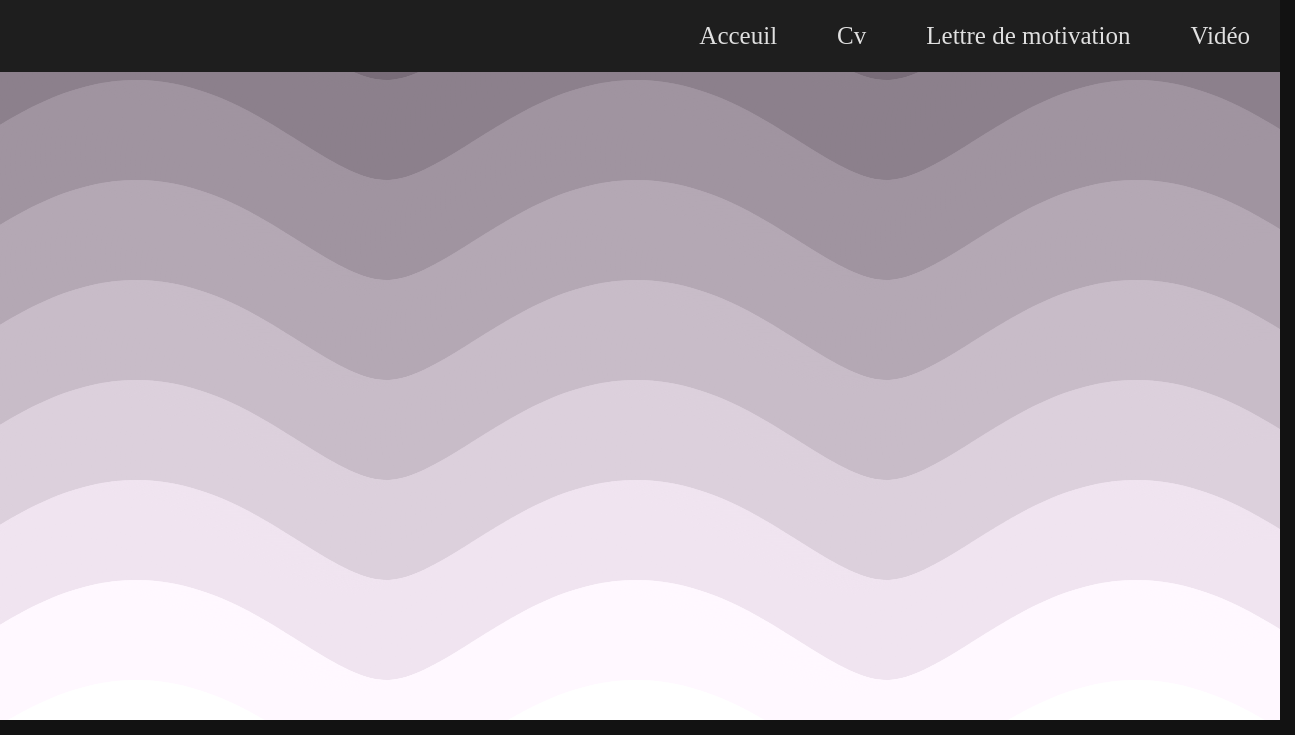
Repository: Iban-del/ProjetBacIban
Page: index.html
These files come from the project's save history. The page is drawn as it stood at one moment and after the next save; the edit follows.
The browser window is 1280 px wide. The page is 1295 px wide, so the pictures cover 1295 px, including what lies to the right of the window. The pictures show the whole page.
The page's requests for data from a server got no answer.

Above is the page before, as saved 2025-02-24 22:26:26.

### index.html
<!DOCTYPE html>
<html lang="fr">
<head>
    <meta charset="UTF-8">
    <meta name="viewport" content="width=device-width, initial-scale=1.0">
    <link rel="icon" type="image/x-icon" href="image/image.png">
    <link rel="stylesheet" href="css/index.css">
    <title>Iban</title tle>
    <canvas></canvas>
    <script src="js/background.js" type="module"></script>

</head>
<body>
    <nav id="navBar" class="navBar"></nav>
    <div id="panel" class="home">

    </div>
    <script src="js/index.js" type="module"></script>
</body>
</html>

### css/index.css
html, body {
    margin: 0px;
    display: flex;
    font-family: Arial, Helvetica, sans-serif;
    color: #E0E0E0;
    background-color: #121212;
    height: 100%;
    width: 100%;
    height: auto;
}

.navBar {
    height: 10%;
    width: 100%;
    position: fixed;
    background-color: #1E1E1E;
    display: flex;
    justify-content: end;
    align-items: center;
    z-index: 10;
}

.bg1, .bg2 {
    overflow-x: clip;
    z-index: -1;
    position: fixed;
}

.button-navBar {
    font-family: cursive;
    z-index: 13;
    padding: 30px;
    text-decoration: none;
    background-color: transparent;
    border: none;
    color: #E0E0E0;
    font-size: 25px;
    font-weight: 500;
}

.button-navBar:hover {
    cursor: pointer;
    color: #BB86FC;
}

.home {
    display: flex;
    position: absolute;
    width: 100%;
    height: 90%;
    top: 10%;
    background-color: transparent;
    margin: 15px;
}

.content-left {
    padding: 5px;
    width: 50%;
    height: 500px;
    display: flex;
    flex-direction: column;
    align-items: center;
    background-color: #1E1E1E;
    border-radius: 21px;
}

.content-right {
    width: 50%;
    display: flex;
    justify-content: center;
    align-items: center;
}

.name {
    height: 20%;
    width: 100%;
}

.h1-name {
    font-size: 45px;
    font-weight: 100;
}

.presentation {
    width: 90%;
}

p {
    font-size: 25px;
    color: #E0E0E0;
}

.cv-image {
    height: 95%;
    border: 2px solid #BB86FC;
}

.content-cv, .content-video {
    margin: 0;
    position: relative;
    width: 100%;
    height: 100%;
    display: flex;
    overflow-y: scroll;
    scrollbar-width: none;
    justify-content: center;
    align-content: center;
    align-items: center;
}

.video {
    width: 70%;
    height: 80%;
    border: 4px solid #BB86FC;
    background-color: #121212;
}

.image{
    width:50%;
}

/* Responsive Styles */
@media (max-width: 1024px) {
    .video {
        width: 90%;
        height: 60%;
    }

    .h1-name {
        font-size: 35px;
    }

    p {
        font-size: 20px;
    }
}

@media (max-width: 768px) {
    .video {
        width: 95%;
        height: 55%;
    }

    .h1-name {
        font-size: 30px;
    }

    p {
        font-size: 18px;
    }
}

@media (max-width: 480px) {
    .video {
        width: 100%;
        height: 50%;
    }

    .h1-name {
        font-size: 25px;
    }

    p {
        font-size: 16px;
    }
}

### js/background.js
/**
 * création du fond du site
 */


//constante avec les couleur des composant
const color ={
    backgrounds1:"#FDFCFE",
    backgrounds2:"#FAF8FD",
};

var A = 100
var X = 0
var C = 0
var h = window
/**
 * fonction qui permet de géré le fond par default en cas d'érreur
 */
function defaultBackground(){

    const body = document.querySelector("body");

    if(body instanceof HTMLBodyElement){
        body.style.backgroundColor = color.backgrounds2;
    }

}


/**
 * cette fonction permet d'attribué le style au canvas
 */
function canvasStyle(canvas){

    if(canvas instanceof HTMLCanvasElement){

        canvas.height = window.innerHeight;
        canvas.width = window.innerWidth;
        canvas.style.background =`rgba(149, 223, 198, 0.48)`;

        return;
    }

    throw new Error("Canvas n'est pas de type HTMLCanvasElement ");

}

/**
 * fonction de création d'une vague
 */
function vague(x,A){

    const lambda = 0.002;//longueur d'onde
    const k = lambda*2*Math.PI; //nombre oscilation
    const phi = 3;//décalage
    return A*Math.sin(k*x+phi);
}


/**
 * affichage de la vague
 * @param CanvasRenderingContext2D  ctx
 */
function drawVague(ctx,canvas){

    if(ctx instanceof CanvasRenderingContext2D){
        ctx.clearRect(0, 0, window.width, window.height);
        let color =0;
        for(let t = -200;t < window.innerHeight+200;t+= 100){
            ctx.beginPath();
            for(let i = 0 ;i < window.innerWidth;i+=5){
                let x = i+C
                let y = vague(x,A/2)+(t);
                ctx.lineTo(x,y)
                ctx.beginPath();
                ctx.moveTo(x,y)
                const addColor = 80
                let globalColor= `rgb(${color+addColor},${color+addColor-12},${color+addColor})`
                ctx.fillStyle=globalColor;
                ctx.arc(x,y,70,0,Math.PI*2,true)
                ctx.fill();

            }
            color+=20;
        }
    }


}



/**
 * fonction d'initialisation du fond
 */
function init(){
    //récupération des élémentcanvas
    const canvas = document.querySelector("canvas");

    if(canvas instanceof HTMLCanvasElement){

        // window.addEventListener("mousemove",(e)=>{
        //     let canvasMouseY =(e.clientY *100 / canvas.height)/1000
        //     A = Math.PI*2+(canvas.height*canvasMouseY)
        //     let canvasMouseX =(e.clientX *100 / canvas.width)/1000
        //     X = Math.PI*2+(canvas.width*canvasMouseX)*5
        //     canvas.style.background = `rgb(${255-X*.05},${255-X*.06},${255-X*.02})`;
        //     drawVague(ctx, canvas)

        // })

        const ctx = canvas.getContext('2d');

        canvasStyle(canvas);
        drawVague(ctx, canvas)
        window.addEventListener('resize',()=>{
            drawVague(ctx, canvas);
        })

    }
}

try{

    init()



}catch(error){

    console.log(error)
    defaultBackground()
}

### js/index.js
//création des page
var page = "home";
const speedAnimationFast = 300;
//constante contenant les boutton de la navBar
const NavBarButton = [
    {
        name:"Acceuil",
        id:"home",
        onclick:()=>{
            loadPage("home")

        }
    },
    {
        name:"Cv",
        id:"cv",
        onclick:()=>{
            loadPage("cv")
        }
    },
    {
        name:"Lettre de motivation",
        id:"cl",
        onclick:()=>{
            loadPage("coveringLetter")
        }
    },
    {
        name:"Vidéo",
        id:"video",
        onclick:()=>{
            loadPage("video")
        }
    },
]


/**
 * cette fonction permet de charger une page
 */
function loadPage(name,now = false){
    const baseUrl = "http://127.0.0.1:5500/html/"
    //on charge les diférente page en fonction du nom fourni
    switch(name){
        case "home":
            getPageContent(baseUrl+"home.html",animateHome,now)

            break
        case "cv":
            getPageContent(baseUrl+"cv.html",animateCv,now)
            break
        case "coveringLetter":
            getPageContent(baseUrl+"coveringLetter.html",animateCl,now)
            break
        case "video":
            getPageContent(baseUrl+"video.html",animateVideo,now)
            break
    }
}

/**
 * cette méthode permet de récupéré le contenu d'une page
 */
async function getPageContent(link,animate = null,now = false){
    const panel = document.querySelector("#panel");
    if(panel instanceof HTMLElement){
        const request = new XMLHttpRequest();
        request.addEventListener("load",(response)=>{
            if(response instanceof ProgressEvent){
                const content = response.target.responseText
                if(content){
                        if(animate){
                            if(now){
                                panel.innerHTML = content;
                                animate(1)
                            }else{
                                hideAnimation(page)
                                setTimeout(()=>{
                                    panel.innerHTML = content;
                                    animate(1)
                                },speedAnimationFast)

                            }
                        }
                }else{
                        panel.innerHTML = "";
                }
            }
        })
        request.open("GET",link)
        request.send()
    }
}


/**
 * cette fonction permet d'afficher les bouttons
 */
function drawNavBarButton(){

    const navBar = document.querySelector('#navBar');

    if(navBar instanceof HTMLElement && NavBarButton){
        NavBarButton.forEach((element) => {
            const button = document.createElement("button");
            button.id = element.id;
            button.className = "button-navBar";
            button.textContent = element.name;
            button.addEventListener("click", () => {
                element.onclick();
            });
            navBar.appendChild(button);
        });
    }
}

function hideAnimation(currentPage){

    if(currentPage){
        switch(currentPage){
            case "home":
                animateHome(0)
                break
            case "cv":
                animateCv(0)
                break
            case "coveringLetter":
                animateCl(0)
                break
            case "video":
                animateVideo(0)
                break
        }
    }
}

/**
 * cette fonction permet d'animer les composant de la page pricipale
 */
function animateHome(type = 1){
    const elements = {
        panel:document.querySelector("#content-left"),
        title:document.querySelector("#name"),
        text:document.querySelector("#presentation"),
        image:document.querySelector("#image-me"),
    }

    for (let key in elements) {
        if(!elements[key] instanceof HTMLElement){
            throw new Error("Les éléments ne sont pas trouvées");
        }
    }


    let panelTranslate = {from:"-100%",to:"0%"}
    let titleTranslate = {from:"-100%",to:"0%"}
    let textTranslate = {from:"-190%",to:"0%"}
    let imageTranslate = {from:"190%",to:"0%"}
    let panelOpacity = {from:0,to:1}
    if(!type){
        panelTranslate = {from:"0%",to:"-100%"}
        titleTranslate = {from:"0%",to:"-100%"}
        textTranslate = {from:"-0%",to:"-190%"}
        imageTranslate = {from:"0%",to:"190%"}
        panelOpacity = {from:1,to:0}
    }


    elements.panel.animate(
        [
            {transform:`translateX(${panelTranslate.from})`,opacity:panelOpacity.from},
            {transform:`translateX(${panelTranslate.to})`,opacity:panelOpacity.to}
        ],
        {
            duration: speedAnimationFast,
            easing: "ease-out",
            fill: "forwards"
        }
    )

    elements.title.animate(
        [
            {transform:`translateX(${titleTranslate.from})`},
            {transform:`translateX(${titleTranslate.to})`}
        ],
        {
            duration: speedAnimationFast,
            easing: "ease-out",
            fill: "forwards"
        }
    )

    elements.text.animate(
        [
            {transform:`translateX(${textTranslate.from})`},
            {transform:`translateX(${textTranslate.to})`}
        ],
        {
            duration: speedAnimationFast,
            easing: "ease-out",
            fill: "forwards"
        }
    )

    elements.image.animate(
        [
            {transform:`translateX(${imageTranslate.from})`,opacity:panelOpacity.from},
            {transform:`translateX(${imageTranslate.to})`,opacity:panelOpacity.to}
        ],
        {
            duration: speedAnimationFast,
            easing: "ease-out",
            fill: "forwards"
        }
    ).addEventListener("finish",e=>{
        page="home"
    })

}

/**
 * cette fonction permet d'animer les composant de la page pricipale
 */
function animateCv(type = 1){
    const image = document.querySelector("#image");

    if(image instanceof HTMLElement){
        let imageTranslate = type ? {from:"190%",to:"0%"} :{from:"0%",to:"-190%"};
        image.animate(
            [
                {transform:`translateY(${imageTranslate.from})`},
                {transform:`translateY(${imageTranslate.to})`}
            ],
            {
                duration: speedAnimationFast,
                easing: "ease-out",
                fill: "forwards"
            }
        ).addEventListener("finish",e=>{
            page="cv"
        })

    }
}

/**
 * cette fonction permet d'animer les composant de la page pricipale
 */
function animateCl(type = 1){
    const image = document.querySelector("#image");

    if(image instanceof HTMLElement){
        let imageTranslate = type ? {from:"190%",to:"0%"} :{from:"0%",to:"-190%"};
        image.animate(
            [
                {transform:`translateY(${imageTranslate.from})`},
                {transform:`translateY(${imageTranslate.to})`}
            ],
            {
                duration: speedAnimationFast,
                easing: "ease-out",
                fill: "forwards"
            }
        ).addEventListener("finish",e=>{
            page="coveringLetter"
        })

    }
}

/**
 * cette fonction permet d'animer les composant de la page pricipale
 */
function animateVideo(type = 1){
    const video = document.querySelector("#video-v");

    if(video instanceof HTMLElement){
        let videoTranslateW = type ? {from:'0%',to:"70%"} :{from:"70%",to:"0%"};
        let videoTranslateH = type ? {from:'0%',to:"80%"} :{from:"80%",to:"0%"};
        video.animate(
            [

                {width:videoTranslateW.from,height:videoTranslateH.from},
                {width:videoTranslateW.to,height:videoTranslateH.to}
            ],
            {
                duration: speedAnimationFast,
                easing: "ease-out",
                fill: "forwards"
            }
        ).addEventListener("finish",e=>{
            page="video"
        })
    }
}

/**
 * cette fonction permet d'initialiser le site
 */
function init(){

    drawNavBarButton()
    loadPage("home",true)

}


//lancement du script
init()

After the next save:
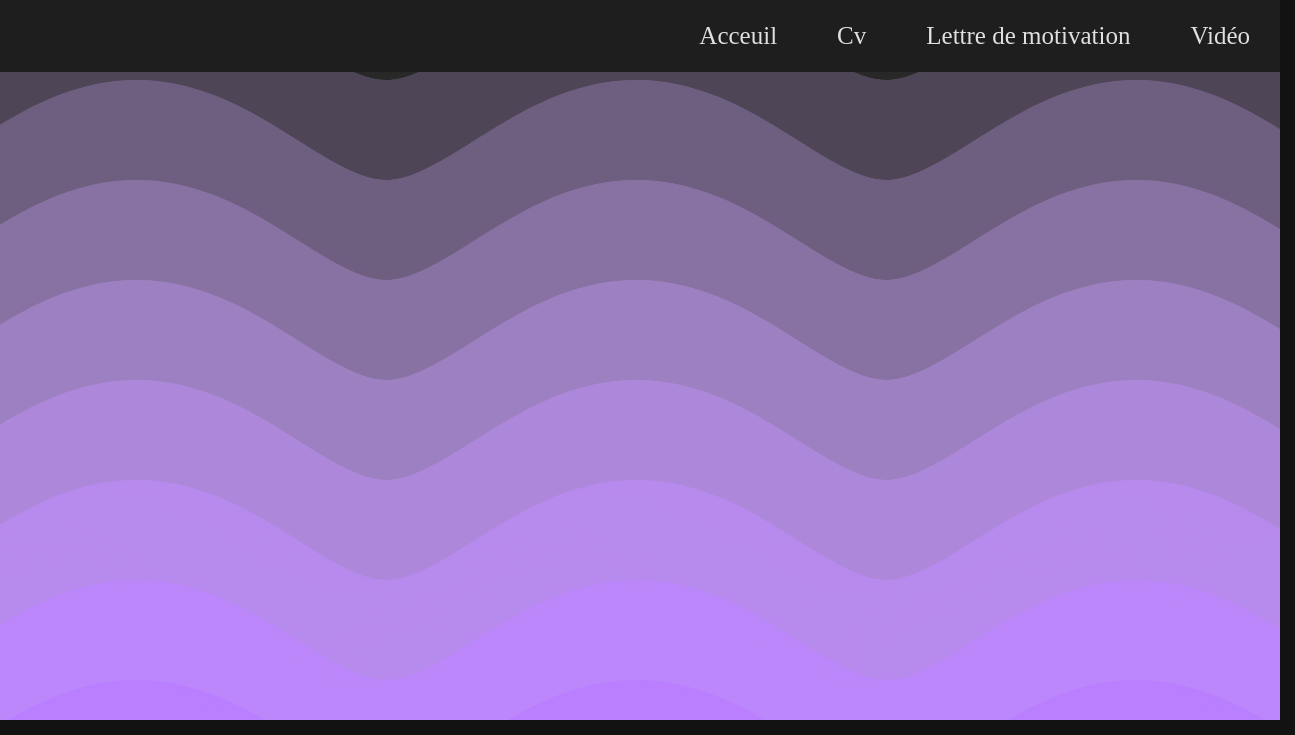
Saved 89 s later.
--- a/js/background.js
+++ b/js/background.js
@@ -58,34 +58,43 @@ function vague(x,A){
 
 
 /**
- * affichage de la vague
- * @param CanvasRenderingContext2D  ctx
+ * Affichage de la vague avec un dégradé vers #BB86FC en bas
+ * @param {CanvasRenderingContext2D} ctx
+ * @param {HTMLCanvasElement} canvas
  */
-function drawVague(ctx,canvas){
+function drawVague(ctx, canvas) {
+    if (ctx instanceof CanvasRenderingContext2D) {
+        // Fond noir pour le mode sombre
+        ctx.fillStyle = "#0A0A0A";
+        ctx.fillRect(0, 0, canvas.width, canvas.height);
 
-    if(ctx instanceof CanvasRenderingContext2D){
-        ctx.clearRect(0, 0, window.width, window.height);
-        let color =0;
-        for(let t = -200;t < window.innerHeight+200;t+= 100){
+        let color = 0; // Couleur de base
+        const targetColor = { r: 187, g: 134, b: 252 }; // Code couleur #BB86FC
+
+        for (let t = -200; t < canvas.height + 200; t += 100) {
             ctx.beginPath();
-            for(let i = 0 ;i < window.innerWidth;i+=5){
-                let x = i+C
-                let y = vague(x,A/2)+(t);
-                ctx.lineTo(x,y)
+            for (let i = 0; i < canvas.width; i += 5) {
+                let x = i + C;
+                let y = vague(x, A / 2) + t;
+
+                ctx.lineTo(x, y);
+
+                // Calcul du dégradé progressif
+                let ratio = t / canvas.height; // Ratio de progression vers le bas
+                let red = Math.round(color + (targetColor.r - color) * ratio);
+                let green = Math.round(color + (targetColor.g - color) * ratio);
+                let blue = Math.round(color + (targetColor.b - color) * ratio);
+
+                let globalColor = `rgb(${red}, ${green}, ${blue})`;
+                ctx.fillStyle = globalColor;
+
                 ctx.beginPath();
-                ctx.moveTo(x,y)
-                const addColor = 80
-                let globalColor= `rgb(${color+addColor},${color+addColor-12},${color+addColor})`
-                ctx.fillStyle=globalColor;
-                ctx.arc(x,y,70,0,Math.PI*2,true)
+                ctx.arc(x, y, 70, 0, Math.PI * 2, true);
                 ctx.fill();
-
             }
-            color+=20;
+            color += 20; // Augmentation progressive des couleurs
         }
     }
-
-
 }
 
 
